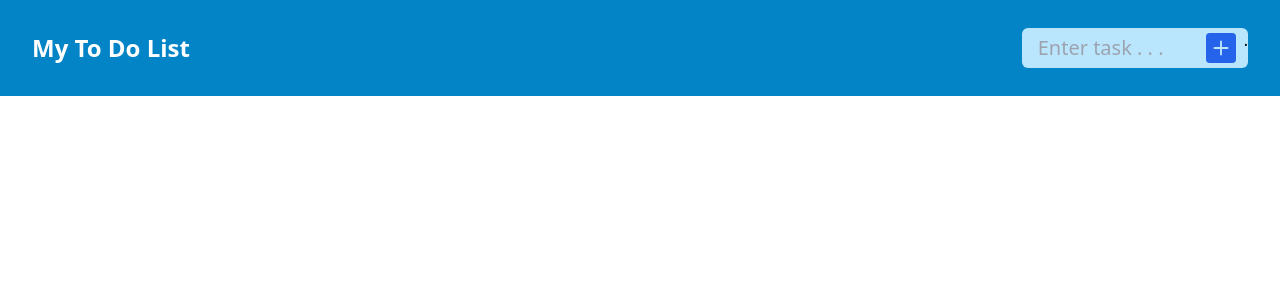
Repository: SaadYasin/react-to-do-list
Page: /
These files come from the project's save history. The page is drawn as it stood at one moment and after the next save; the edit follows.
The browser window is 1280 px wide. The pictures show the whole page.
The project was rebuilt for these pictures with package versions that can differ from the ones it lists, and the page was loaded fresh each time. Also part of the build but not shown: src/App.css.

Above is the page before, as saved 2022-11-09 20:30:17.

After the next save:
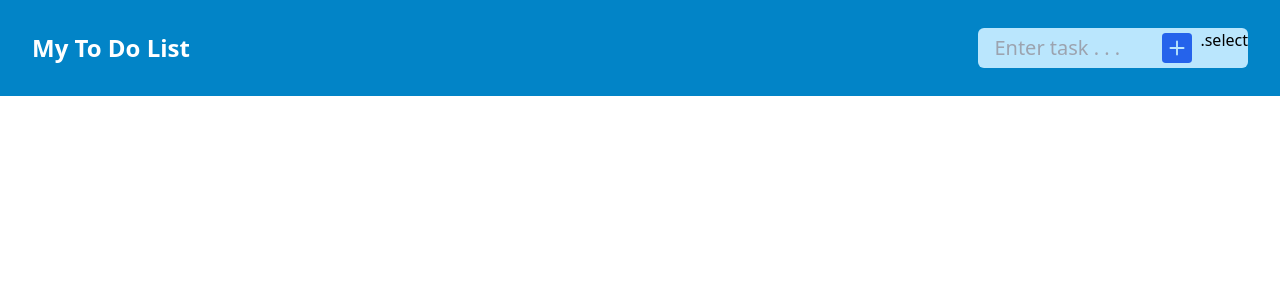
Saved 6 s later.
--- a/src/components/Input.js
+++ b/src/components/Input.js
@@ -14,7 +14,7 @@
           <BsFillPlusSquareFill />
         </button>
 
-        .
+        .select
       </form>
     </div>
   );
